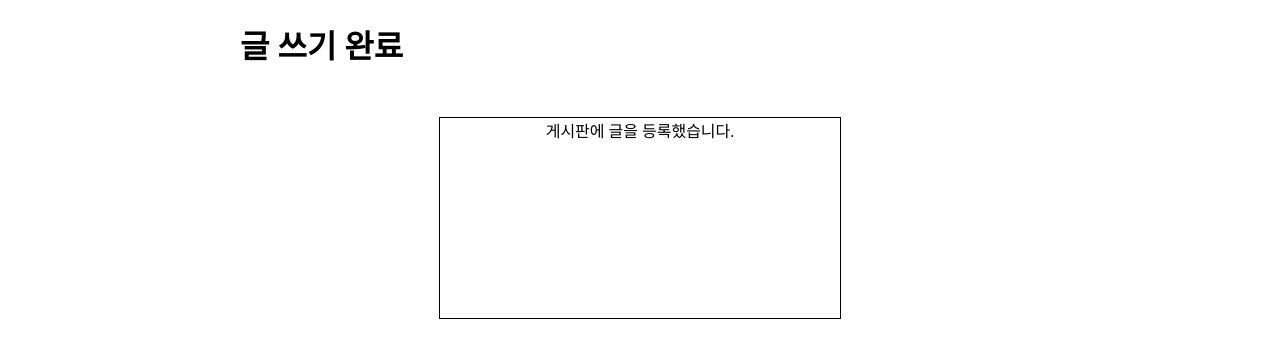
Repository: coolSummer1119/study
Page: http://localhost/ch03_Jsp/ch18_board/write.jsp
The author's editor kept a copy of each file at every save. The page is drawn from the files as they stood at one save, then again after the next save.
The browser window is 1280 px wide. The pictures show the whole page.
The page is served by Tomcat 9. Other server files are loaded and not shown. Queries for data that is not in the repository find no rows.

Above is the page before, as saved 2024-04-30 07:35:03.

### workspace/ch03_Jsp/src/main/webapp/ch18_board/write.jsp
<%@ page language="java" contentType="text/html; charset=UTF-8"
    pageEncoding="UTF-8"%>
<%@ page import="kr.board.vo.BoardDAO" %>
<%
	//전송된 데이터 인코딩 타입 지정
	request.setCharacterEncoding("utf-8");
%>
<jsp:useBean id="board" class="kr.board.vo.BoardVO"/>
<jsp:setProperty name="board" property="*"/>
<%
	//클라이언트의 ip주소 저장
	board.setIp(request.getRemoteAddr());

	BoardDAO dao = BoardDAO.getInstance();
	dao.insert(board);
%>
<!DOCTYPE html>
<html>
<head>
<meta charset="UTF-8">
<title>글 쓰기 완료</title>
<link rel="stylesheet" href="<%= request.getContextPath() %>/CSS/style.css" type="text/css">
</head>
<body>
<div class="page-main">
	<h1>글 쓰기 완료</h1>
	<div class="result-display">
		<div class="align-center">
			게시판에 글을 등록했습니다.<p>
		</div>
	</div>
</div>
</body>
</html>

### workspace/ch03_Jsp/src/main/java/kr/board/vo/BoardVO.java
package kr.board.vo;

import java.sql.Date;

public class BoardVO {
	//프로퍼티
	private int num;
	private String title;
	private String name;
	private String passwd;
	private String content;
	private String ip;
	private Date reg_date;

	//비밀번호 체크
	public boolean isCheckedPassword(String userPasswd) {
		if(passwd.equals(userPasswd)) {//인증성공
			return true;
		}
		return false;//인증 실패
	}

	public int getNum() {
		return num;
	}
	public void setNum(int num) {
		this.num = num;
	}
	public String getTitle() {
		return title;
	}
	public void setTitle(String title) {
		this.title = title;
	}
	public String getName() {
		return name;
	}
	public void setName(String name) {
		this.name = name;
	}
	public String getPasswd() {
		return passwd;
	}
	public void setPasswd(String passwd) {
		this.passwd = passwd;
	}
	public String getContent() {
		return content;
	}
	public void setContent(String content) {
		this.content = content;
	}
	public String getIp() {
		return ip;
	}
	public void setIp(String ip) {
		this.ip = ip;
	}
	public Date getReg_date() {
		return reg_date;
	}
	public void setReg_date(Date reg_date) {
		this.reg_date = reg_date;
	}
}

### workspace/ch03_Jsp/src/main/java/kr/board/vo/BoardDAO.java
package kr.board.vo;

import java.sql.Connection;
import java.sql.PreparedStatement;
import java.sql.ResultSet;
import java.util.ArrayList;
import java.util.List;

import kr.util.DBUtil;

public class BoardDAO {
	//싱글턴 패턴
	private static BoardDAO instance = new BoardDAO();

	public static BoardDAO getInstance() {
		return instance;
	}
	private BoardDAO() {

	}
	//글저장
	public void insert(BoardVO boardVO)throws Exception{
		Connection conn = null;
		PreparedStatement pstmt =null;
		String sql = null;
		try {
			//connection풀
			conn=DBUtil.getConnection();
			//sql문 작성
			sql="INSERT INTO mboard (num,title,name,passwd,content,ip) VALUES (mboard_seq.nextval,?,?,?,?,?)";
			//pstmt객체 생성
			pstmt=conn.prepareStatement(sql);
			//데이터 바인딩
			pstmt.setString(1, boardVO.getTitle());
			pstmt.setString(2, boardVO.getName());
			pstmt.setString(3, boardVO.getPasswd());
			pstmt.setString(4, boardVO.getContent());
			pstmt.setString(5, boardVO.getIp());
			//sql문 실행
			pstmt.executeUpdate();
		}catch(Exception e) {
			throw new Exception(e);
		}finally {
			//자원정리
			DBUtil.excuteClose(null, pstmt, conn);
		}
	}

	//글의 총 개수
	public int getCount()throws Exception{
		Connection conn=null;
		PreparedStatement pstmt =null;
		ResultSet rs =null;
		String sql = null;
		int count =0;
		try {
			//커넥션풀로부터 커넥션을 할당
			conn=DBUtil.getConnection();
			//SQL문 작성
			//        컬럼인덱스 1
			sql="SELECT COUNT(*) FROM mboard";

			//pstmt 객체 생성
			pstmt = conn.prepareStatement(sql);
			//SQL문 실행
			rs = pstmt.executeQuery();
			if(rs.next()) {
				count = rs.getInt(1);//컬럼 인덱스 1
			}

		}catch(Exception e) {
			throw new Exception(e);
		}finally {
			DBUtil.excuteClose(rs, pstmt, conn);
		}
		return count;
	}

	//글목록
	public List<BoardVO> getList(int startRow,int endRow)throws Exception{
		Connection conn=null;
		PreparedStatement pstmt =null;
		ResultSet rs =null;
		List<BoardVO> list = null;
		String sql = null;

		try {
			conn=DBUtil.getConnection();
			sql="SELECT * FROM (SELECT a.*, rownum rnum FROM "
					+ "(SELECT * FROM mboard ORDER BY num DESC)a) WHERE rnum>=? AND rnum<=?";
			pstmt=conn.prepareStatement(sql);
			pstmt.setInt(1, startRow);
			pstmt.setInt(2, endRow);
			rs = pstmt.executeQuery();
			list = new ArrayList<BoardVO>();
			while(rs.next()) {
				BoardVO boardVO = new BoardVO();
				boardVO.setNum(rs.getInt("num"));
				boardVO.setTitle(rs.getString("title"));
				boardVO.setName(rs.getString("name"));
				boardVO.setReg_date(rs.getDate("reg_date"));
				//자바빈을 ArrayList에 저장
				list.add(boardVO);

			}

		}catch(Exception e) {
			throw new Exception(e);
		}finally {
			DBUtil.excuteClose(rs, pstmt, conn);
		}

		return list;
	}

	//글 상세
	public BoardVO getBoard(int num)throws Exception{
		Connection conn=null;
		PreparedStatement pstmt = null;
		ResultSet rs= null;
		BoardVO board = null;
		String sql = null;
		try {
			conn=DBUtil.getConnection();
			sql="SELECT * FROM mboard WHERE num=?";
			pstmt= conn.prepareStatement(sql);
			pstmt.setInt(1, num);

			rs = pstmt.executeQuery();
			if(rs.next()) {
				board = new BoardVO();
				board.setNum(rs.getInt("num"));
				board.setTitle(rs.getString("title"));
				board.setName(rs.getString("name"));
				board.setPasswd(rs.getString("passwd"));
				board.setContent(rs.getString("content"));
				board.setIp(rs.getString("ip"));
				board.setReg_date(rs.getDate("reg_date"));
			}
		}catch(Exception e) {
			throw new Exception(e);
		}finally {
			DBUtil.excuteClose(rs, pstmt, conn);
		}
		return board;
	}

	//글 수정
	public void update(BoardVO boardVO)throws Exception{
		Connection conn= null;
		PreparedStatement pstmt = null;
		String sql = null;
		try {
			//커넥션 풀로부터 커넥션 할당
			conn=DBUtil.getConnection();
			//sql문 작성
			sql="UPDATE mboard SET title=?,name=?,content=?,ip=? WHERE num=?";
			//pstmt 객체 생성
			pstmt = conn.prepareStatement(sql);
			//데이터 바인딩
			pstmt.setString(1,boardVO.getTitle());
			pstmt.setString(2,boardVO.getName());
			pstmt.setString(3,boardVO.getContent());
			pstmt.setString(4,boardVO.getIp());
			pstmt.setInt(5,boardVO.getNum());
			//sql문 실행
			pstmt.executeUpdate();


		}catch(Exception e) {
			throw new Exception(e);
		}finally {
			DBUtil.excuteClose(null, pstmt, conn);
		}
	}
	//글삭제
	public void delete(int num)throws Exception{
		Connection conn= null;
		PreparedStatement pstmt = null;
		String sql = null;
		try {
			//커넥션 풀로부터 커넥션 할당
			conn=DBUtil.getConnection();
			//sql문 작성
			sql="DELETE FROM mboard WHERE num=?";
			//pstmt 객체 생성
			pstmt = conn.prepareStatement(sql);
			//데이터 바인딩
			pstmt.setInt(1,num);
			//sql문 실행
			pstmt.executeUpdate();


		}catch(Exception e) {
			throw new Exception(e);
		}finally {
			DBUtil.excuteClose(null, pstmt, conn);
		}
	}
}

### workspace/ch03_Jsp/src/main/java/kr/util/DBUtil.java
package kr.util;

import java.sql.Connection;
import java.sql.DriverManager;
import java.sql.PreparedStatement;
import java.sql.ResultSet;
import java.sql.SQLException;

import javax.naming.Context;
import javax.naming.InitialContext;
import javax.sql.DataSource;

public class DBUtil {

	//Connection 객체를 생성해서 반환
	public static Connection getConnection() throws Exception {
		Context initCtx = new InitialContext();
		DataSource ds = (DataSource)initCtx.lookup("java:comp/env/jdbc/xe");
		return ds.getConnection();
	}
	//자원 정리
	public static void excuteClose(ResultSet rs, PreparedStatement pstmt, Connection conn) {
		if(rs!=null)try {rs.close();}catch(SQLException e) {}
		if(pstmt!=null)try {pstmt.close();}catch(SQLException e) {}
		if(conn!=null)try {conn.close();}catch(SQLException e) {}
	}
}

### workspace/ch03_Jsp/src/main/webapp/CSS/style.css
@charset "UTF-8";


body{
	padding: 0;
	margin: 0;
}
.page-main{
	width: 800px;
	margin: 0 auto;/* 중앙정렬 */

}
.result-display{
	width: 400px;
	height: 200px;
	margin: 50px auto;
	border: 1px solid #000;
	display: flex;
	align-content: center;/* 세로정렬 */
	justify-content: center;/* 가로정렬 */

}
.align-center{
	text-align: center;
}
.align-right{
	text-align: right;
}
/* 목록 */
table{
	width: 100%;
	border: 1px solid #000;
	border-collapse: collapse;
	margin-top: 5px;
}
table td, table th{
	border: 1px solid #000;
	padding: 5px;
}
/* 등록, 수정폼 */
form{
	width: 500px;
	margin: 0 auto;
	border: 1px solid #000;
	padding: 10px 10px 10px 30px;
}
ul{
	list-style: none;
}
label {
	width: 100px;
	float: left; /* 태그를 왼쪽으로 정렬 */
}

After the next save:
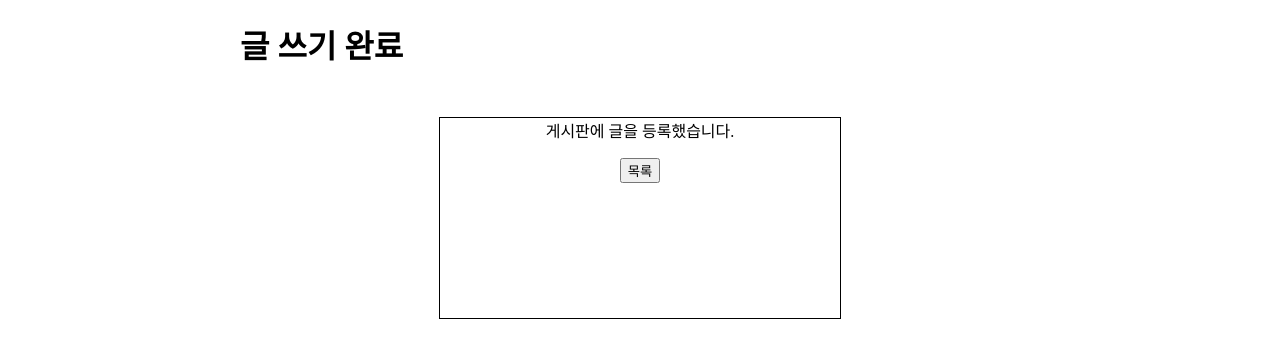
Saved 47 s later.
--- a/workspace/ch03_Jsp/src/main/webapp/ch18_board/write.jsp
+++ b/workspace/ch03_Jsp/src/main/webapp/ch18_board/write.jsp
@@ -27,6 +27,7 @@
 	<div class="result-display">
 		<div class="align-center">
 			게시판에 글을 등록했습니다.<p>
+			<button onclick="location.href='list.jsp'">목록</button>
 		</div>
 	</div>
 </div>
